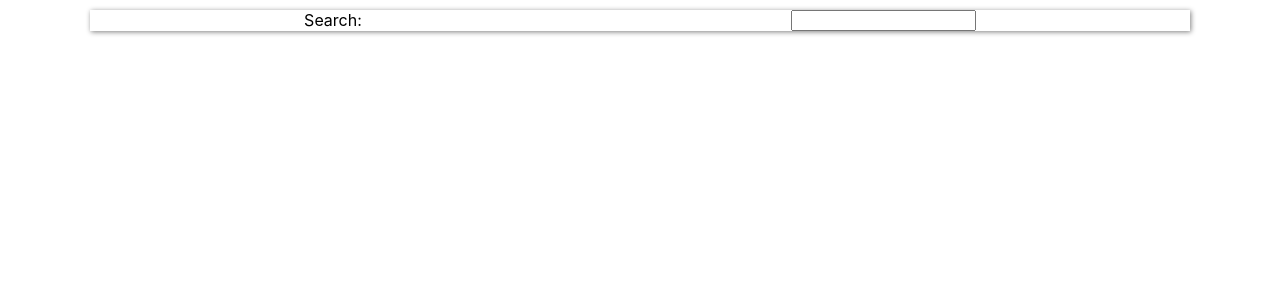
Repository: the-manohar/gallery
Page: /
These files come from the project's save history. The page is drawn as it stood at one moment and after the next save; the edit follows.
The browser window is 1280 px wide. The pictures show the whole page.
The project was rebuilt for these pictures with package versions that can differ from the ones it lists, and the page was loaded fresh each time.

Above is the page before, as saved 2020-06-18 19:47:14.

After the next save:
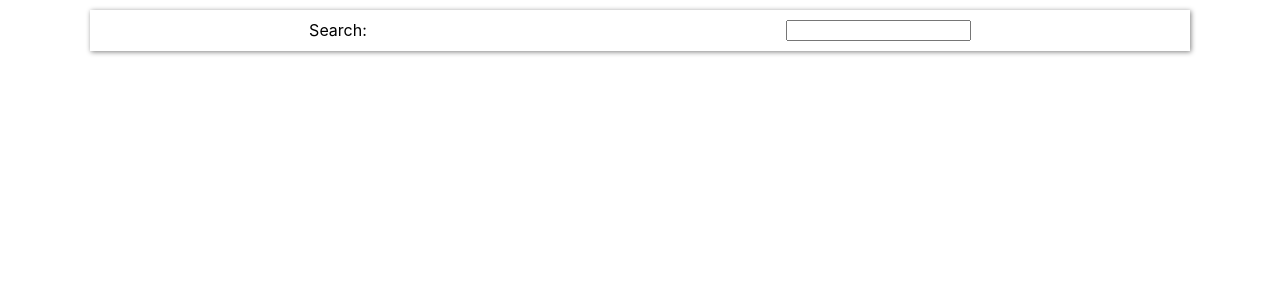
Saved 24 s later.
--- a/src/App.css
+++ b/src/App.css
@@ -1,10 +1,10 @@
 .App {
   text-align: center;
 }
-.mydiv{
-  display:flex;
+.mydiv {
+  display: flex;
   justify-content: space-around;
   margin: 10px 7%;
   box-shadow: 1px 1px 5px grey;
-  padding:10 px
+  padding: 10px;
 }
